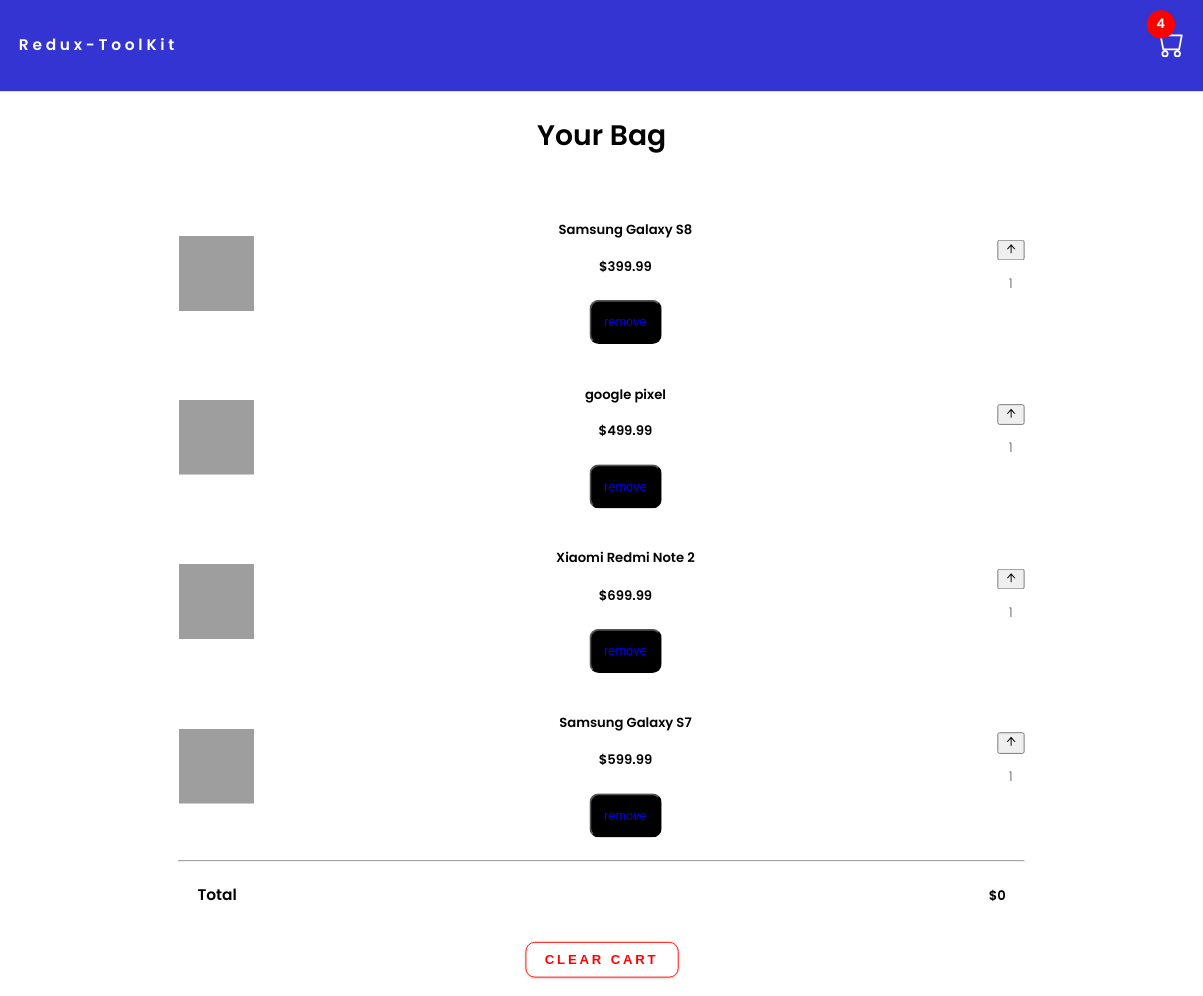
Repository: OmniaRafat232111121/shoppingCart
Page: /
These files come from the project's save history. The page is drawn as it stood at one moment and after a run of saves; the edit follows.
The browser window is 1280 px wide. The pictures show the whole page, at 94% of full size.
Pictures or frames that could not be fetched are drawn as grey boxes. The project was rebuilt for these pictures with package versions that can differ from the ones it lists, and the page was loaded fresh each time.

Above is the page before, as saved 2023-02-07 17:59:52.

### src/index.js
import React from 'react';
import ReactDOM from 'react-dom/client';
import './index.css';
import App from './App';
import { Provider } from 'react-redux';
import { store } from './store';
const root = ReactDOM.createRoot(document.getElementById('root'));
root.render(
  <React.StrictMode>
    <Provider store={store}>
      <App />
    </Provider>
  </React.StrictMode>
);

### src/index.css
@import url('https://fonts.googleapis.com/css2?family=Poppins:ital,wght@0,100;0,200;0,600;1,100;1,200;1,500;1,600&display=swap');
body {
  margin:0;
  padding:0;
  box-sizing: border-box;
  line-height: 1.5;
  font-size: 0.875rem;
  font-family: 'Poppins', sans-serif;
}
nav{
  background-color: rgb(52, 52, 211);
  padding:20px 20px;
}
.nav-center{
  display: flex;
  align-items: center;
  justify-content: space-between;
  width:100%;
  color:#fff;
  margin:0 auto;
}
.nav-center h3{
  letter-spacing: 4px;
}
.nav-center h3:hover{
  letter-spacing: 2px;
}
.nav-container{
  position: relative;
}
.amount-container{
  position: absolute;
  top:-20px;
  left:-10px;
  background-color: red;
  border-radius: 50%;

  width:30px;
  height:30px;
}
.total-amount{
  position: absolute;
  left:10px;
  top:-10px;
  text-align: center;
 font-weight: bold;
}
.cart{
  width:100%;
  max-width: 900px;
  margin:0 auto;
  text-align: center;
}

.cart h2 {
  text-transform: capitalize;
  text-align: center;
  margin-bottom: 3rem;
  font-size: 30px;
}
.empty-cart{
    text-transform: lowercase;
  color: rgb(70, 70, 70);
  margin-top: 1rem;
  text-align: center;
}
.cart-total{
  display: flex;
  justify-content: space-between;
  align-items: center;
  padding:0 20px;

}
.btn {
  text-transform: uppercase;
  background: green;
  color: #fff;
  padding: 0.375rem 0.75rem;
  letter-spacing: 1.2;
  display: inline-block;
  font-weight: 700;
  transition: 0.3;
  font-size: 0.875rem;
  border: none;
  cursor: pointer;
  box-shadow: 0 1px 3px rgba(0, 0, 0, 0.2);
}
.btn:hover {
  color: #fff;
  background-color:red;
}
.clear-btn{
   background: transparent;
  padding: 10px 20px;
  letter-spacing: 3px;
  color: red;
  border: 1px solid red;
  margin-top: 20px;
    margin-bottom: 20px;
  border-radius:10px;
}
/*cartItem*/
.cart-item {
  display: grid;
  align-items: center;
  grid-template-columns: auto 1fr auto;
  grid-column-gap: 1.5rem;
  margin: 1.5rem 0;
}
.cart-item img {
  width: 5rem;
  height: 5rem;
  object-fit: cover;
}

.remove-btn {
  color:blue;
  background-color: #000;
  border-radius: 10px;
  padding: 14px ;
  letter-spacing: 1.3;
  cursor: pointer;
  font-size: 0.85rem;


  margin-top: 0.375rem;
  transition:0.3;
}
.remove-btn:hover {
  color: #fff;
}

### src/App.js
import './App.css';
import CartContainer from './Component/CartContainer';
import Navbar from './Component/Navbar';

function App() {
  return (
    <div className="App">
      <Navbar />
      <CartContainer/>
    </div>
  );
}

export default App;

### src/store.js
import { configureStore } from "@reduxjs/toolkit";
import cartReducer from './features/cart/cartSlice'
export const store = configureStore({
    reducer: {
        cart:cartReducer
    }
})

### src/Component/CartContainer.js
import React from 'react'
import { useSelector } from 'react-redux'
import CartItem from './CartItem';

const CartContainer = () => {
    const { amount, total, cartItems } = useSelector((state) => state.cart);
    if (amount < 1) {
        return (
            <section className='cart'>
                <header>
                    <h2>Your bag</h2>
                    <h4 className='empty-cart'>is Currently empty</h4>
                </header>

            </section>
        )
    }
  return (
      <div className='cart'>
          <header >
              <h2>Your bag</h2>
          </header>
          <div className="cart-Item">
              {cartItems.map((item) => {
                  return (
                      <CartItem key={item.id } {...item} />
                  )
              })}
          </div>
          <footer>
              <hr />
              <div className='cart-total'>
                  <h3>Total</h3>
                  <h4>${ total}</h4>
              </div>
               <button className='btn clear-btn'>clear cart</button>
          </footer>
     </div>
  )
}

export default CartContainer

### src/Component/Navbar.js
import React from 'react'
import { useSelector } from 'react-redux';
import {BsCart} from 'react-icons/bs'
const Navbar = () => {
    const data=useSelector((state)=>state.cart)
  return (
      <>
          <nav>
              <div className='nav-center'>
                  <h3>Redux-ToolKit</h3>
                  <div className='nav-container'>
                      <BsCart size={30}  />
                      <div className='amount-container'>
                          <p className='total-amount'>{data.amount}</p>
          </div>
                  </div>

              </div>
          </nav>
      </>
  )
}

export default Navbar

### src/features/cart/cartSlice.js
import { createSlice } from "@reduxjs/toolkit";
import cartItems from "../../cartItems";
const initialState = {
    cartItems: cartItems,
    amount: 4,
    total: 0,
    isLoading:true
}
  const cartSlice = createSlice({
    name: 'cart',
    initialState,
})
console.log(cartSlice)
export default cartSlice.reducer

### src/Component/CartItem.js
import React from 'react'
import {AiOutlineArrowUp} from 'react-icons/ai'
const CartItem = ({id,img,title,price,amount}) => {
  return (
      <article className='cart-item'>
          <img src={img } alt={title} />
          <div>
              <h4>{title}</h4>
              <h4>${price}</h4>

        <button className='remove-btn'>remove</button>
          </div>
          <div>
              <button className='amount-btn'>
                  <AiOutlineArrowUp/>
              </button>
              <p className='amount'>{amount}</p>
          </div>
      </article>
  )
}

export default CartItem

### src/cartItems.js
const cartItems = [
  {
    id: 'rec1JZlfCIBOPdcT2',
    title: 'Samsung Galaxy S8',
    price: '399.99',
    img: 'https://dl.airtable.com/.attachments/64b266ad865098befbda3c3577a773c9/24497852/yedjpkwxljtb75t3tezl.png',
    amount: 1,
  },
  {
    id: 'recB6qcHPxb62YJ75',
    title: 'google pixel',
    price: '499.99',
    img: 'https://dl.airtable.com/.attachments/91c88ae8c1580e2b762ecb3f73ed1eed/a633139a/phone-1_gvesln.png',
    amount: 1,
  },
  {
    id: 'recdRxBsE14Rr2VuJ',
    title: 'Xiaomi Redmi Note 2',
    price: '699.99',
    img: 'https://dl.airtable.com/.attachments/bae9208dc34f35128749ecda5b999e84/337c285d/phone-3_h2s6fo.png',
    amount: 1,
  },
  {
    id: 'recwTo160XST3PIoW',
    title: 'Samsung Galaxy S7',
    price: '599.99 ',
    img: 'https://dl.airtable.com/.attachments/91ee456448cef47deec553a2ea3fa8ad/b08bec68/phone-2_ohtt5s.png',
    amount: 1,
  },
];

export default cartItems;

Loaded but not shown: public/index.html (common file); src/App.css (common file)

After the next 2 saves:
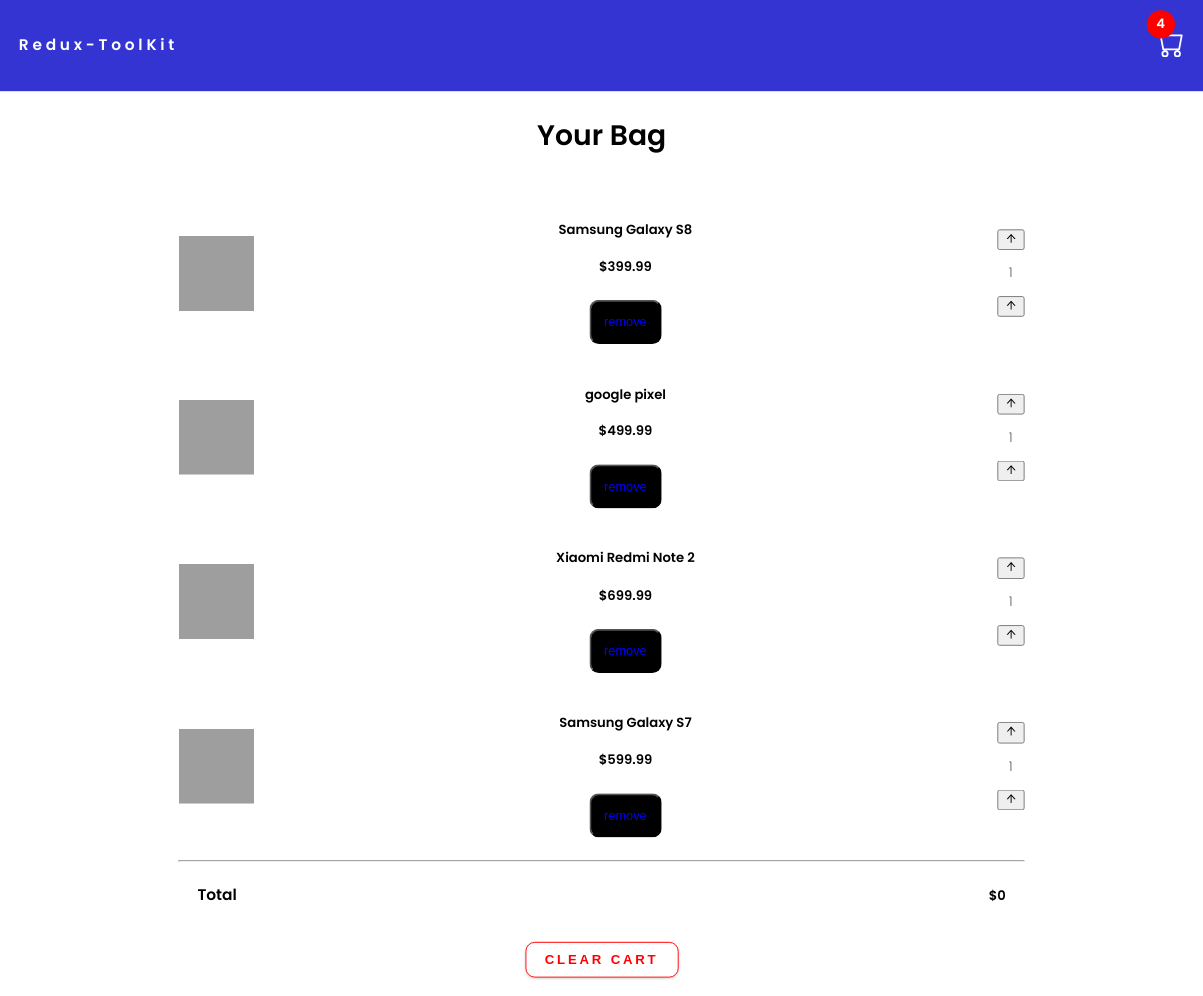
The 2 saves are shown as one change because they came seconds apart.
The last was saved 7 s later.
--- a/src/Component/CartItem.js
+++ b/src/Component/CartItem.js
@@ -15,6 +15,9 @@
                   <AiOutlineArrowUp/>
               </button>
               <p className='amount'>{amount}</p>
+               <button className='amount-btn'>
+                  <AiOutlineArrowUp/>
+              </button>
           </div>
       </article>
   )
